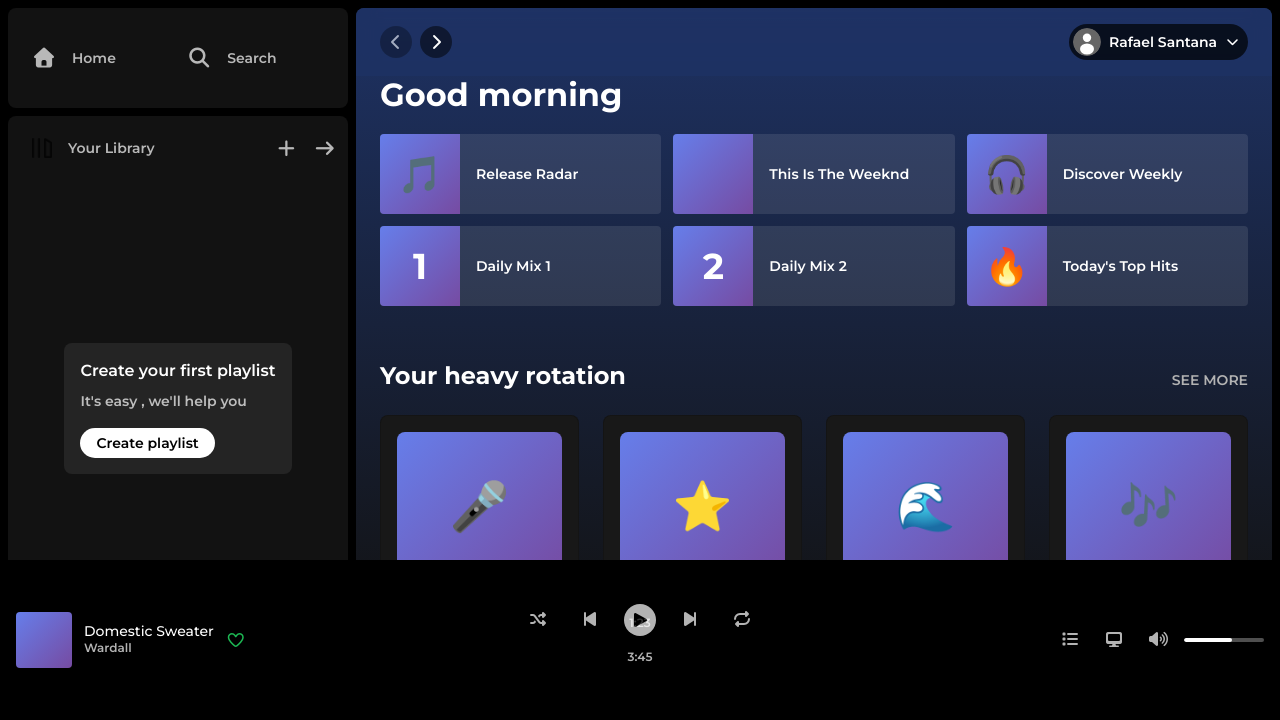
Repository: ketanBisht/spotifyFrontEnd
Page: index.html
An editor plug-in stored every save of this project. The page is shown before and after the next save, followed by the edit.
The browser window is 1280 px wide. The pictures show the whole page.
An inner scrolling area shows only its first screen. Some web fonts or font styles are not loaded; a fallback is used. Some web libraries are served in a nearby version.

Above is the page before, as saved 2025-08-25 23:04:01.

After the next save:
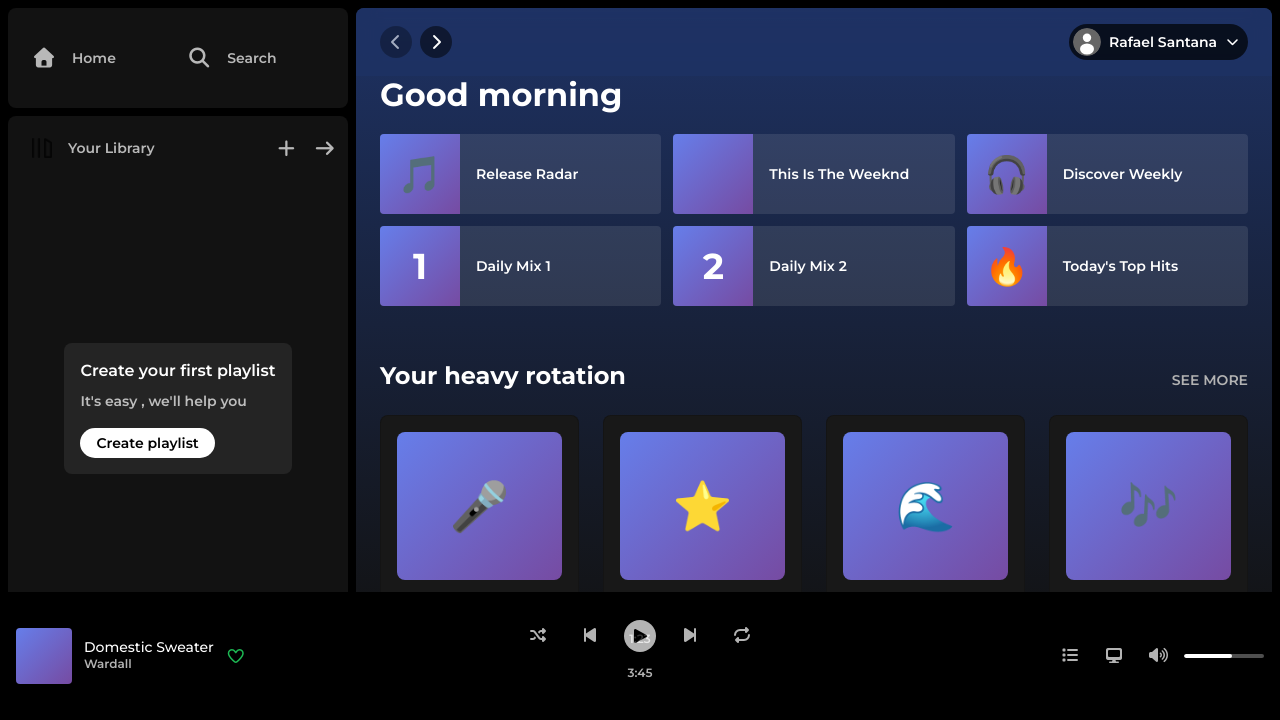
Saved 9 s later.
--- a/try.css
+++ b/try.css
@@ -37,7 +37,7 @@
             bottom: 0;
             left: 0;
             width: 100%;
-            height: 10rem;
+            height: 8rem;
             background-color: #000;
             display: flex;
             align-items: center;
